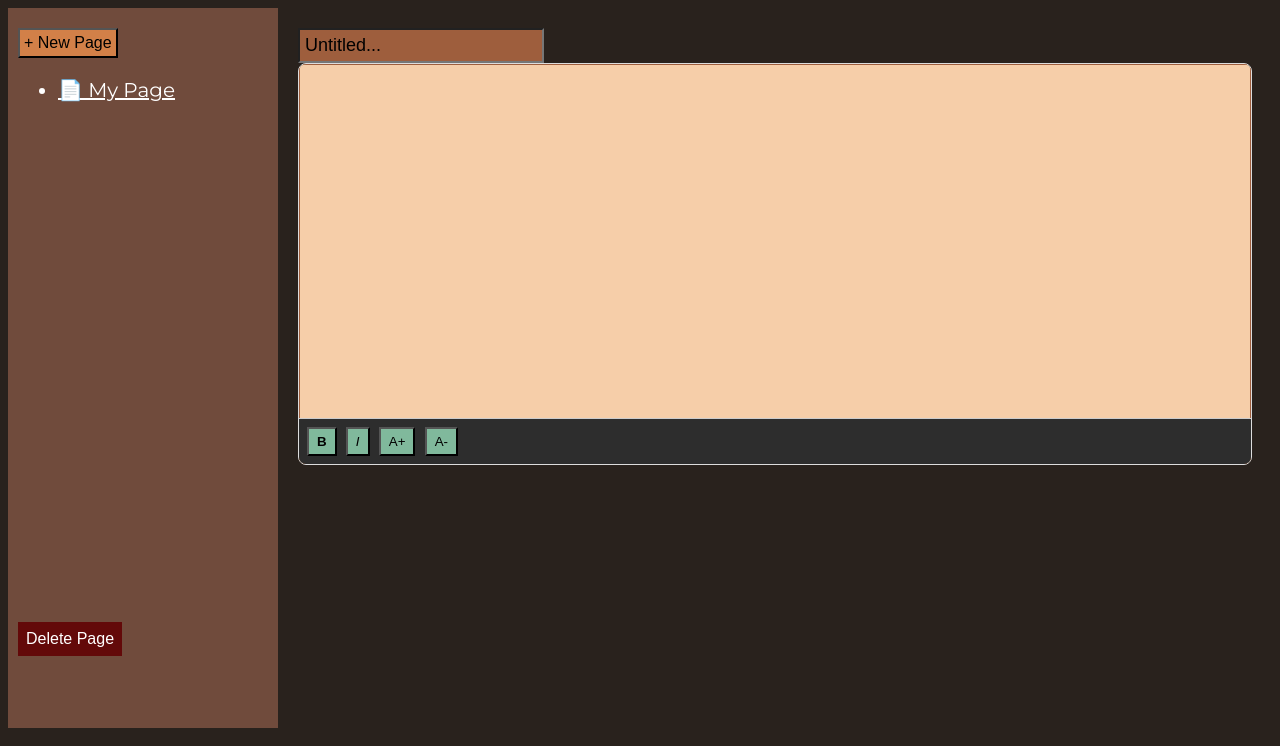
Repository: Dharshinimk-521/notes-app
Page: index.html
The author's editor kept a copy of each file at every save. The page is drawn from the files as they stood at one save, then again after the next save.
The browser window is 1280 px wide. The pictures show the whole page.

Above is the page before, as saved 2026-04-18 23:07:47.

### index.html
<!DOCTYPE html>
<html lang="en">
    <head>
        <meta charset="UTF-8">
        <meta name="viewport" content="width=device-width, initial-scale=1.0">
        <title>Notes App</title>
        <link rel="stylesheet" href="style.css">
        <link rel="preconnect" href="https://fonts.googleapis.com">
        <link rel="preconnect" href="https://fonts.gstatic.com" crossorigin>
        <link href="https://fonts.googleapis.com/css2?family=Montserrat:ital,wght@0,100..900;1,100..900&display=swap" rel="stylesheet">
        <script src="app.js" defer></script>
    </head>
    <body>
    <div class="app">

        <aside class="sidebar">
        <button id="newPageBtn">+ New Page</button>
        <ul id="pageList"></ul>
        <button id="deletePageBtn"> Delete Page</button>
        </aside>

        <main class="editor">
            <input id="pageTitle" placeholder="Untitled..." />

            <div class="editor-container">
                <div id="editorArea" contenteditable="true"></div>


                <div class="tool-bar">
                    <button onclick="formatText('bold')"><b>B</b></button>
                    <button onclick="formatText('italic')"><i>I</i></button>
                    <button onclick="changeFontSize(1)">A+</button>
                    <button onclick="changeFontSize(-1)">A-</button>
                </div>

            </div>
        </main>

    </div>


    </body>
</html>

### style.css
body{
    font-family:'Montserrat',sans-serif;
    background-color: #29221D;
}
.app {
  margin: 0;
  display: flex;
  height: 100vh;

}

.sidebar {
  width: 250px;
  background: #704B3C;
  padding: 10px;
}

.editor {
  flex: 1;
  padding: 20px;
}

#editorArea {
  min-height: 400px;
  background-color: #F6CEA9;
  border: 1px solid #9E5E3D;
  padding: 10px;
  font-size: 16px;
}
#newPageBtn{
 background-color: #D28048;
 padding: 4px;
 margin-top: 10px;
 cursor:pointer;
 font-size: 16px;
}
#pageTitle{
    padding:5px;
    background-color: #9E5E3D;
    color: black;
    font-size: 18px;
}
::placeholder{
    color:black;
    opacity: 1
}
#deletePageBtn {
    margin-top: 500px;
  margin-bottom: 90px;
  background: #630909;
  color: white;
  border: none;
  padding: 8px;
  cursor: pointer;
  font-size: 16px;
}
#pageList{
    text-decoration: underline;
    color:white;
    cursor: pointer;
    font-size: 20px;
}

.editor-container {
  position: relative;
  border: 1px solid #ddd;
  border-radius: 8px;
  height: 400px;
  overflow: hidden;
}

#editorArea {
  height: 100%;
  padding: 10px;
  padding-bottom: 50px;
  overflow-y: auto;
  outline: none;
  box-sizing: border-box;
}

.tool-bar {
  position: absolute;
  bottom: 0;
  left: 0;
  width: 100%;
  background: #2d2d2d;
  padding: 8px;
  border-top: 1px solid #ccc;
}

.tool-bar button {
  margin-right: 5px;
  padding: 5px 8px;
  cursor: pointer;
  background-color: #80b99c;
}

### app.js
// Load pages from localStorage OR use default
let pages = JSON.parse(localStorage.getItem("pages")) || [
  {
  id: "123",
  title: "My Page",
  content: "...",
  icon: "📄"
}
];

let currentPageId = null;

// Save all pages
function savePages() {
  localStorage.setItem("pages", JSON.stringify(pages));
}

// Create new page
function createPage() {
  const newPage = {
    id: Date.now().toString(),
    title: "Untitled",
    content: "",
    icon: "📄" // default icon
  };

  pages.push(newPage);
  savePages();
  renderPages();
  openPage(newPage.id);
}

// Render sidebar
function renderPages() {
  const pageList = document.getElementById("pageList");
  pageList.innerHTML = "";

  pages.forEach((page) => {
    const li = document.createElement("li");

    // icon + title
    li.innerHTML = `${page.icon} ${page.title}`;

    li.onclick = () => openPage(page.id);

    pageList.appendChild(li);
  });
}

// Open page
function openPage(id) {
    console.log("Opening page:", id);
  const page = pages.find(p => p.id === id);
  currentPageId = id;

  if (!page) return;

  document.getElementById("pageTitle").value = page.title;
  document.getElementById("editorArea").innerHTML = page.content;
}

// Auto save current page
function saveCurrentPage() {
  const page = pages.find(p => p.id === currentPageId);
  if (!page) return;

  page.title = document.getElementById("pageTitle").value;
  page.content = document.getElementById("editorArea").innerHTML;

  savePages();
}
//del func
function deleteCurrentPage() {
  if (!currentPageId) return;

  const confirmDelete = confirm("Delete this page?");
  if (!confirmDelete) return;

  pages = pages.filter(p => p.id !== currentPageId);

  savePages();
  renderPages();

  if (pages.length > 0) {
    openPage(pages[0].id);
  } else {
    currentPageId = null;
    document.getElementById("pageTitle").value = "";
    document.getElementById("editorArea").innerHTML = "";
  }
}
function formatText(command) {
  const editor= document.getElementById("editorArea");
  editor.focus();
  document.execCommand(command,false,null)
}
let currentFontSize = 3;
function changeFontSize(step){
  const editor= document.getElementById("editorArea");
  editor.focus();
  currentFontSize += step;
  if (currentFontSize < 1) currentFontSize = 1;
  if (currentFontSize > 7) currentFontSize = 7;

  document.execCommand("fontSize", false, currentFontSize);
}
// Event listeners
document.getElementById("newPageBtn").onclick = createPage;
document.getElementById("editorArea").addEventListener("input", saveCurrentPage);
document.getElementById("pageTitle").addEventListener("input", saveCurrentPage);
document.getElementById("deletePageBtn").onclick = deleteCurrentPage;

renderPages();

After the next save:
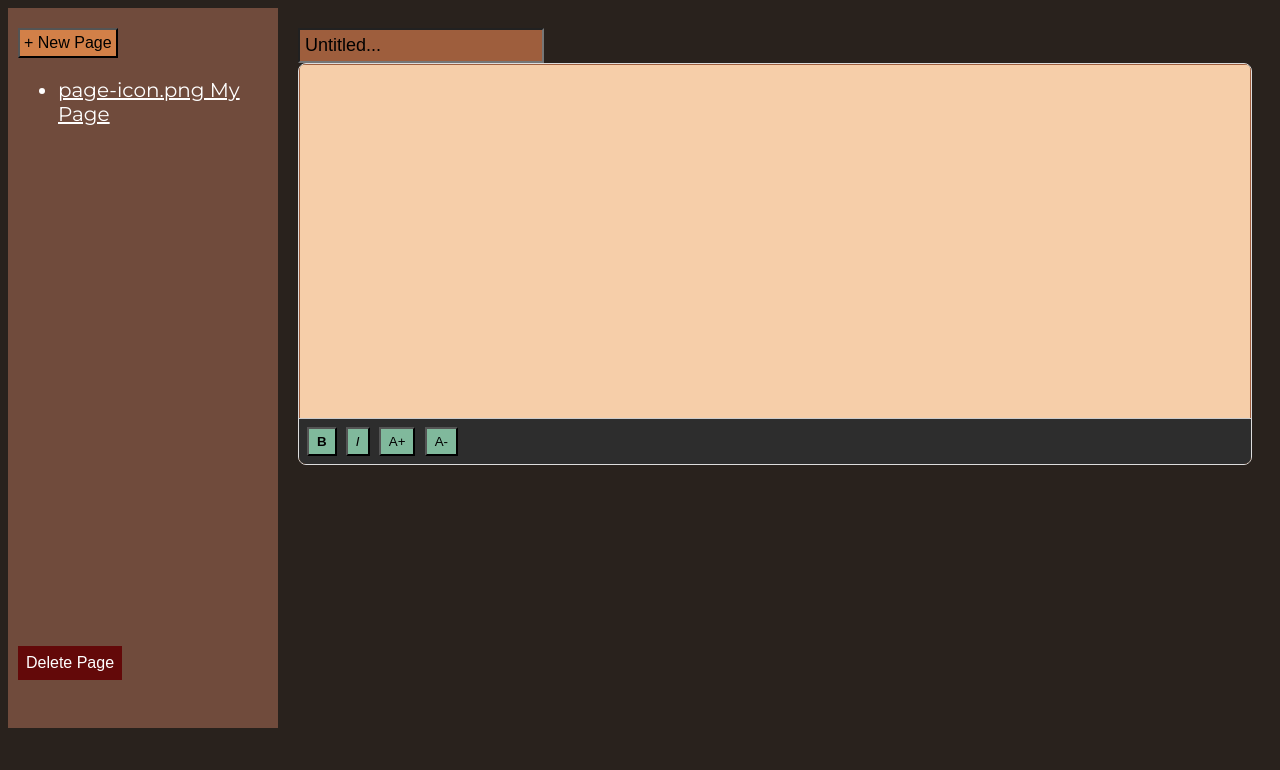
Saved 48 s later.
--- a/app.js
+++ b/app.js
@@ -4,7 +4,7 @@ let pages = JSON.parse(localStorage.getItem("pages")) || [
   id: "123",
   title: "My Page",
   content: "...",
-  icon: "📄"
+  icon: "page-icon.png"
 }
 ];
 
